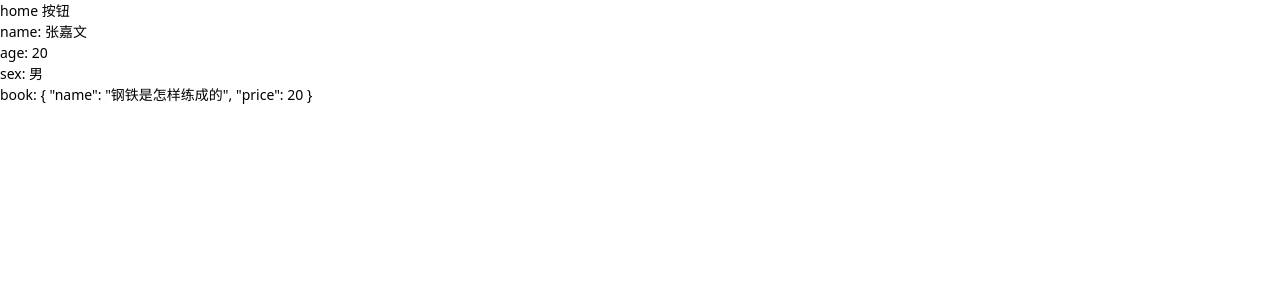
Repository: 596178924/vue3-ts-app
Page: /
These files come from the project's save history. The page is drawn as it stood at one moment and after the next save; the edit follows.
The browser window is 1280 px wide. The pictures show the whole page.
The project was rebuilt for these pictures with package versions that can differ from the ones it lists, and the page was loaded fresh each time. Also part of the build but not shown: vite.config.ts.

Above is the page before, as saved 2022-11-09 16:44:53.

After the next save:
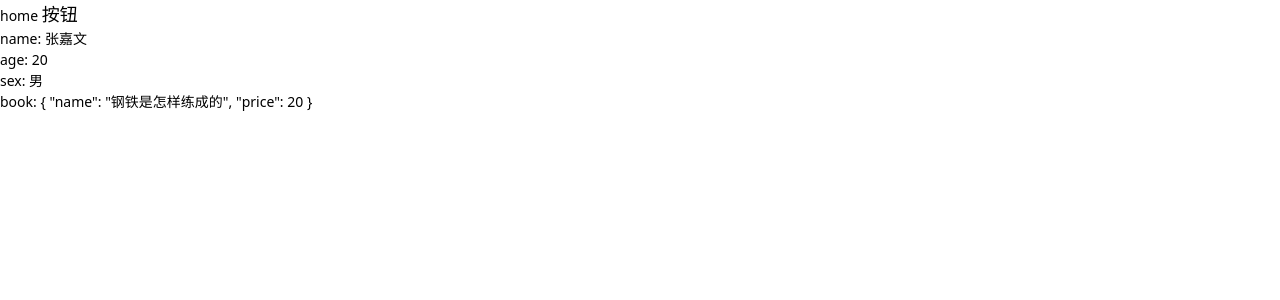
Saved 2 min 39 s later.
--- a/src/views/home/index.vue
+++ b/src/views/home/index.vue
@@ -1,7 +1,7 @@
 <template>
 	<div>
 		home
-		<button type="button" class="font-10">按钮</button>
+		<button type="button" >按钮</button>
 		<p>name: {{ name }}</p>
 		<p>age: {{ age }}</p>
 		<p>sex: {{ sex }}</p>
@@ -25,4 +25,7 @@ const book = ref<Book>({
 </script>
 
 <style lang="less" scoped>
+button {
+	@apply text-lg;
+}
 </style>
